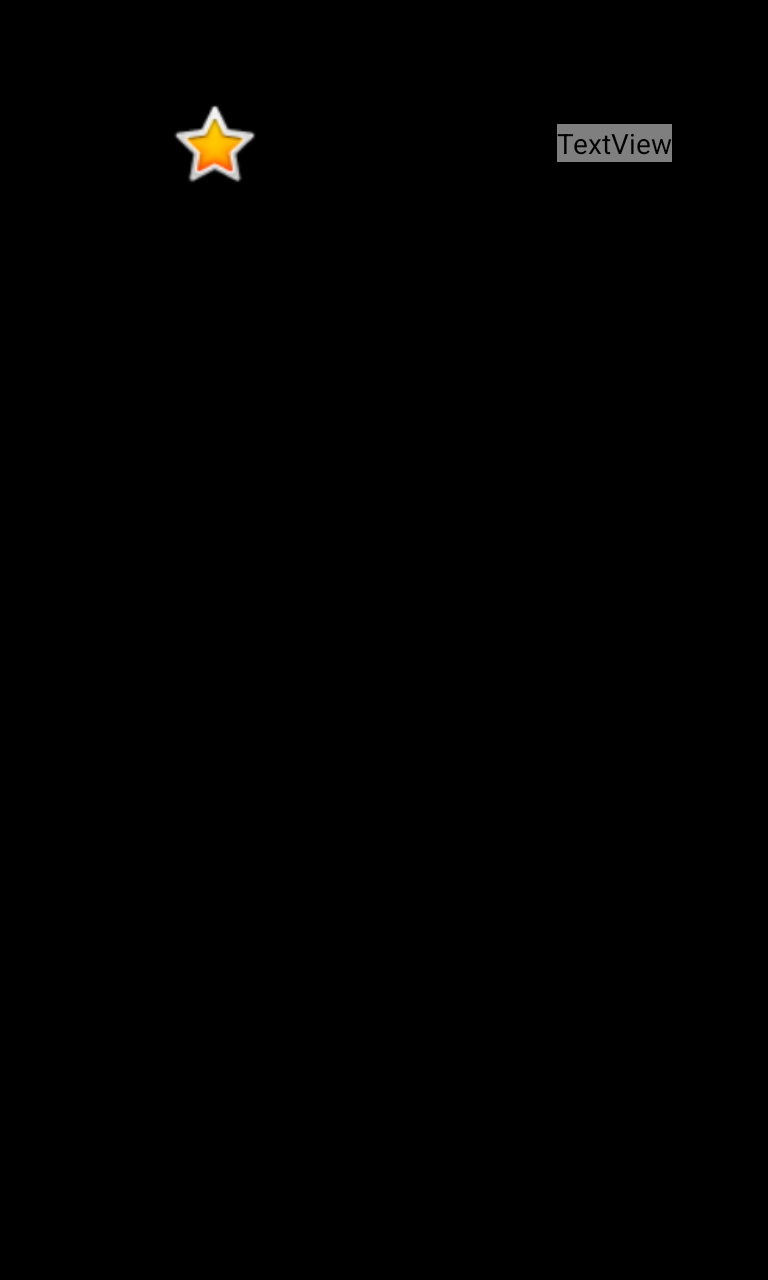
Repository: yogeshwar1996/android-app
Layout: List_View/res/layout/model.xml
An editor plug-in stored every save of this project. The layout is shown before and after the next save, followed by the edit.
Pictures or frames that could not be fetched are drawn as grey boxes. It is drawn on a 768 x 1280 px phone screen (xhdpi) without system bars, with theme android:Theme; the app's code is not run.

Above is the layout before, as saved 2016-07-08 10:18:24.

### List_View/res/layout/model.xml
<?xml version="1.0" encoding="utf-8"?>
<RelativeLayout xmlns:android="http://schemas.android.com/apk/res/android"
    android:layout_width="match_parent"
    android:layout_height="match_parent" >

    <ImageView
        android:id="@+id/imageView1"
        android:layout_width="50dp"
        android:layout_height="50dp"
        android:layout_alignParentLeft="true"
        android:layout_alignParentTop="true"
        android:layout_marginLeft="82dp"
        android:layout_marginTop="47dp"
        android:src="@android:drawable/btn_star_big_on" />

    <TextView
        android:id="@+id/nameTv"
        android:layout_width="wrap_content"
        android:layout_height="wrap_content"
        android:layout_alignBottom="@+id/imageView1"
        android:layout_alignParentRight="true"
        android:layout_marginBottom="16dp"
        android:layout_marginRight="48dp"
        android:text="TextView"
        android:textColor="#"
        android:textSize="14sp" />

</RelativeLayout>

After the next save:
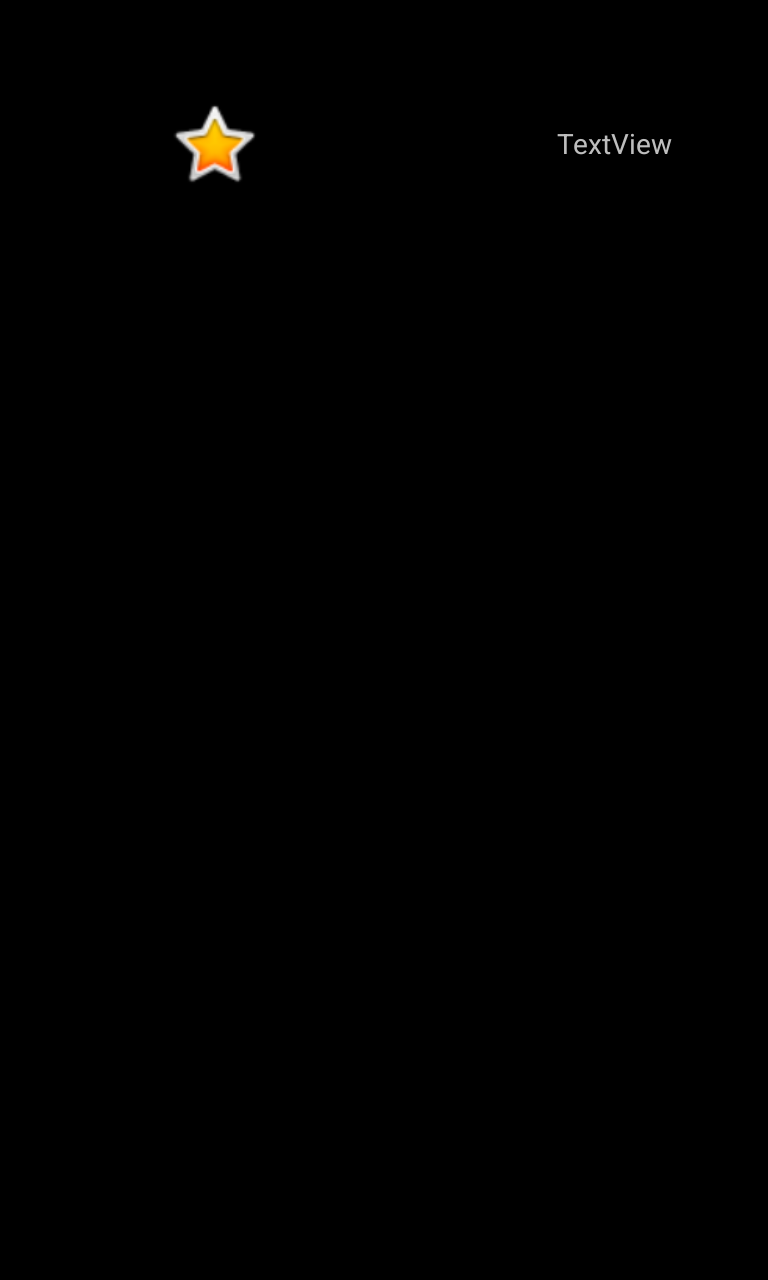
Saved 31 s later.
--- a/List_View/res/layout/model.xml
+++ b/List_View/res/layout/model.xml
@@ -22,7 +22,7 @@
         android:layout_marginBottom="16dp"
         android:layout_marginRight="48dp"
         android:text="TextView"
-        android:textColor="#"
+
         android:textSize="14sp" />
 
 </RelativeLayout>
